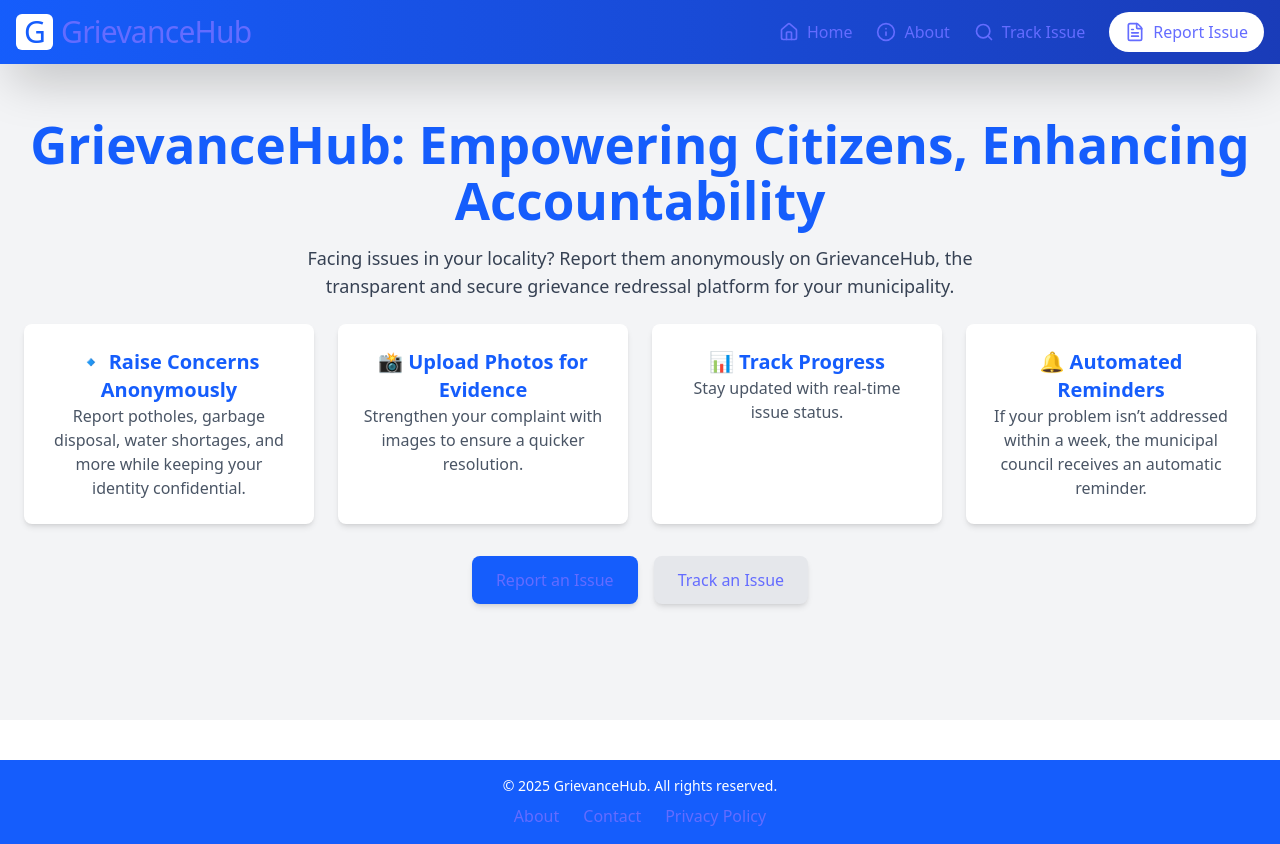
Repository: Aishi4/Grievance-Hub
Page: / (app in my-vite-Griv/)
The author's editor kept a copy of each file at every save. The page is drawn from the files as they stood at one save, then again after the next save.
The browser window is 1280 px wide. The pictures show the whole page.
The project was rebuilt for these pictures with package versions that can differ from the ones it lists, and the page was loaded fresh each time. Also part of the build but not shown: my-vite-Griv/vite.config.js, my-vite-Griv/src/ReportSubmit.jsx, my-vite-Griv/src/Report.jsx, my-vite-Griv/src/App.jsx.

Above is the page before, as saved 2025-03-27 20:08:26.

After the next save:
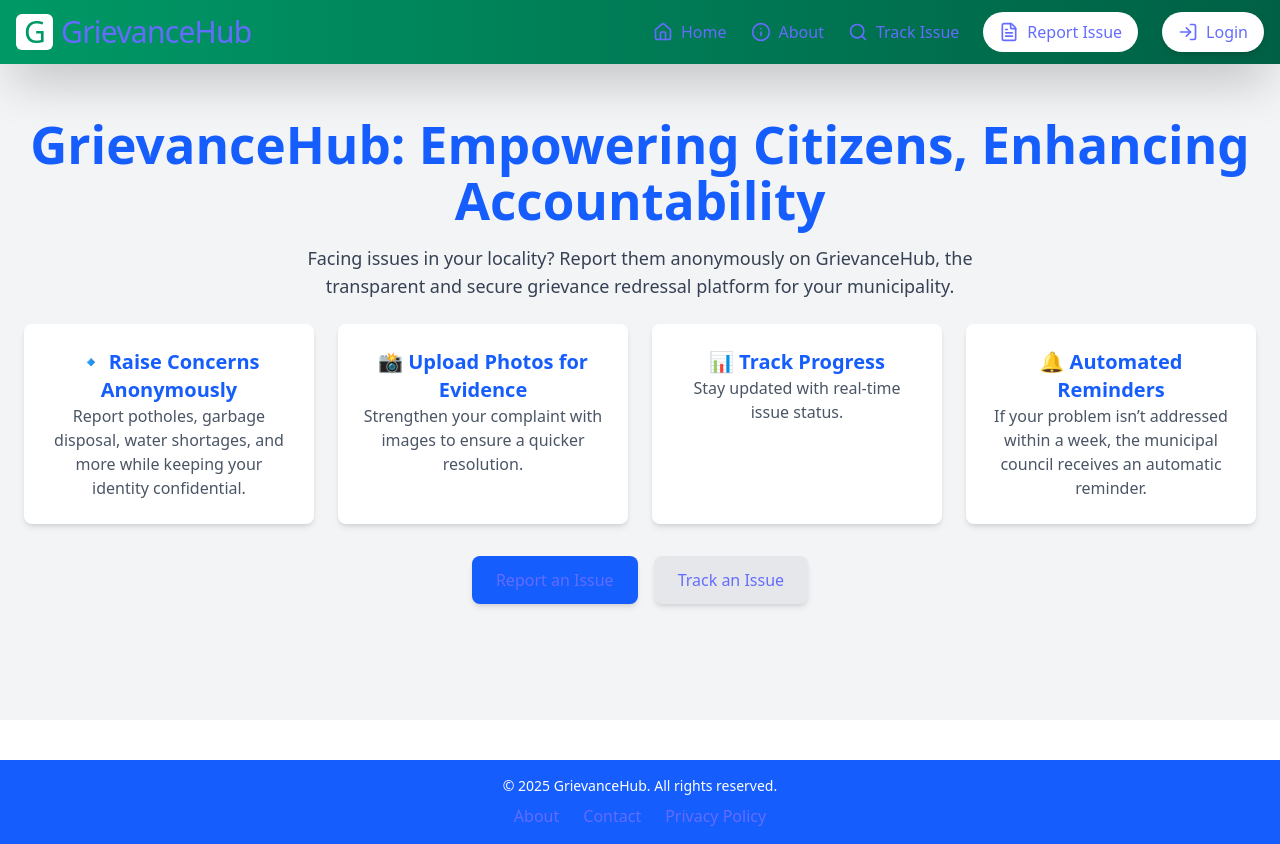
Saved 3 min 10 s later.
--- a/my-vite-Griv/src/Navbar.jsx
+++ b/my-vite-Griv/src/Navbar.jsx
@@ -1,7 +1,7 @@
 import React, { useState } from 'react';
 import { Link } from "react-router-dom";
 import { motion } from "framer-motion";
-import { Home, Info, Search, FileText } from "lucide-react";
+import { Home, Info, Search, FileText, LogIn } from "lucide-react";
 
 const Navbar = () => {
   const [isHovered, setIsHovered] = useState(null);
@@ -35,7 +35,7 @@ const Navbar = () => {
       initial={{ opacity: 0, y: -50 }}
       animate={{ opacity: 1, y: 0 }}
       transition={{ duration: 0.6, type: "spring", stiffness: 50 }}
-      className="fixed w-full z-50 bg-gradient-to-r from-blue-600 to-blue-800 text-white shadow-2xl"
+      className="fixed w-full z-50 bg-gradient-to-r from-emerald-600 to-emerald-800 text-white shadow-2xl"
     >
       <div className="container mx-auto px-4 py-3 flex justify-between items-center">
         {/* Logo with Hover Effect */}
@@ -47,12 +47,12 @@ const Navbar = () => {
             to="/"
             className="text-3xl font-extrabold tracking-tight flex items-center space-x-2"
           >
-            <span className="bg-white text-blue-600 px-2 rounded-md">G</span>
+            <span className="bg-white text-emerald-600 px-2 rounded-md">G</span>
             <span>GrievanceHub</span>
           </Link>
         </motion.div>
 
-        {/* Navigation Links */}
+        {/* Navigation Links and Login */}
         <div className="flex items-center space-x-6">
           {navItems.map((item, index) => (
             <motion.div
@@ -66,8 +66,8 @@ const Navbar = () => {
                 className={`
                   flex items-center space-x-2
                   ${item.special
-                    ? 'bg-white text-blue-600 px-4 py-2 rounded-full'
-                    : 'text-white hover:text-blue-200'}
+                    ? 'bg-white text-emerald-600 px-4 py-2 rounded-full'
+                    : 'text-white hover:text-emerald-200'}
                   transition-all duration-300
                 `}
               >
@@ -85,6 +85,20 @@ const Navbar = () => {
               )}
             </motion.div>
           ))}
+
+          {/* Login Button */}
+          <motion.div
+            whileHover={{ scale: 1.05 }}
+            whileTap={{ scale: 0.95 }}
+          >
+            <Link
+              to="/login"
+              className="flex items-center space-x-2 bg-white text-emerald-700 px-4 py-2 rounded-full font-semibold shadow-md hover:bg-emerald-50 transition-all duration-300"
+            >
+              <LogIn size={20} />
+              <span>Login</span>
+            </Link>
+          </motion.div>
         </div>
       </div>
     </motion.nav>
